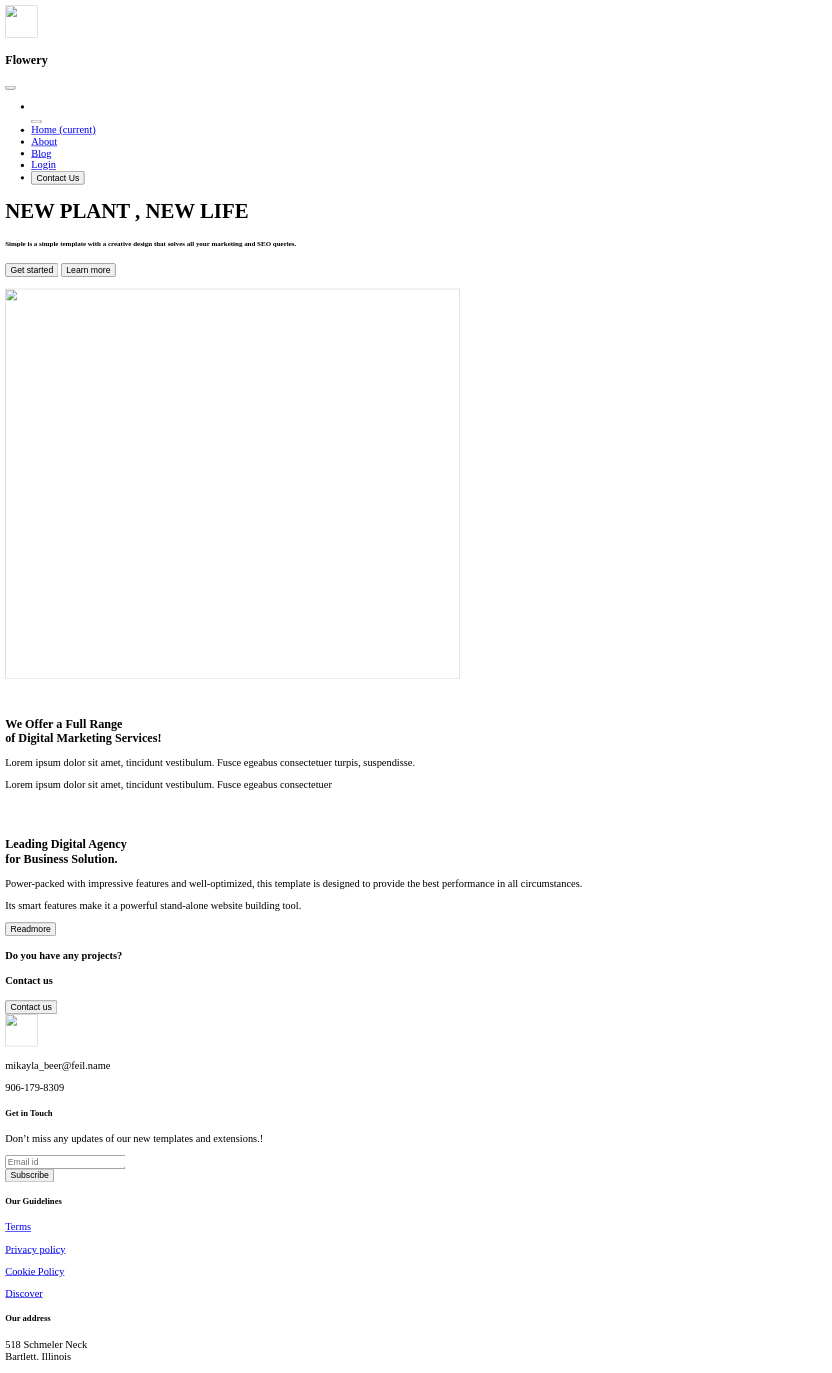
Repository: sara55m/Login
Page: http://localhost/welcome
The author's editor kept a copy of each file at every save. The page is drawn from the files as they stood at one save, then again after the next save.
The browser window is 1280 px wide. The pictures show the whole page, at 65% of full size.
The page is served by the project's Laravel application, run on PHP 8.4 with Laravel 10. Other server files are loaded and not shown.

Above is the page before, as saved 2024-03-03 23:37:46.

### routes/web.php
<?php

use Illuminate\Support\Facades\Route;
use App\Http\Controllers\RegisterController;
use App\Http\Controllers\LoginController;

/*
|--------------------------------------------------------------------------
| Web Routes
|--------------------------------------------------------------------------
|
| Here is where you can register web routes for your application. These
| routes are loaded by the RouteServiceProvider and all of them will
| be assigned to the "web" middleware group. Make something great!
|
*/

Route::get('/welcome', function () {
    return view('welcome');
});


Route::get('/register', [RegisterController::class,'create']);


Route::post('/register/store', [RegisterController::class,'store']);

Route::get('/login', [LoginController::class,'create']);

Route::post('/login/store', [LoginController::class,'store']);

### resources/views/welcome.blade.php
<!DOCTYPE html>
<html lang="en">
<head>
  <title>Simple landing page</title>
  <meta charset="UTF-8">
  <meta name="viewport" content="width=device-width, initial-scale=1.0">
  <meta http-equiv="X-UA-Compatible" content="ie=edge">
  {{-- <link rel="stylesheet" href="vendors/owl-carousel/css/owl.carousel.min.css">
  <link rel="stylesheet" href="vendors/owl-carousel/css/owl.theme.default.css">
  <link rel="stylesheet" href="vendors/mdi/css/materialdesignicons.min.css">
  <link rel="stylesheet" href="vendors/aos/css/aos.css"> --}}
  <link rel="stylesheet" href="css/style.min.css">
</head>
<body id="body" data-spy="scroll" data-target=".navbar" data-offset="100">
  <!---------------------------------------------------Header Section------------------------------------------------->
  <header id="header-section">
    <nav class="navbar navbar-expand-lg pl-3 pl-sm-0" id="navbar">
    <div class="container">
      <div class="navbar-brand-wrapper d-flex w-100">
        <img src="images/plant2.png" height="50" width="50"  alt="">
        <h3 class="nav-link">Flowery</h3>
        <button class="navbar-toggler ml-auto" type="button" data-toggle="collapse" data-target="#navbarSupportedContent" aria-controls="navbarSupportedContent" aria-expanded="false" aria-label="Toggle navigation">
          <span class="mdi mdi-menu navbar-toggler-icon"></span>
        </button>
      </div>
      <div class="collapse navbar-collapse navbar-menu-wrapper" id="navbarSupportedContent">
        <ul class="navbar-nav align-items-lg-center align-items-start ml-auto">
          <li class="d-flex align-items-center justify-content-between pl-4 pl-lg-0">
            <div class="navbar-collapse-logo">
              <img src="images/Group2.svg" alt="">
            </div>
            <button class="navbar-toggler close-button" type="button" data-toggle="collapse" data-target="#navbarSupportedContent" aria-controls="navbarSupportedContent" aria-expanded="false" aria-label="Toggle navigation">
              <span class="mdi mdi-close navbar-toggler-icon pl-5"></span>
            </button>
          </li>
          <li class="nav-item">
            <a class="nav-link" href="#header-section">Home <span class="sr-only">(current)</span></a>
          </li>
          <li class="nav-item">
            <a class="nav-link" href="#features-section">About</a>
          </li>
          <li class="nav-item">
            <a class="nav-link" href="#digital-marketing-section">Blog</a>
          </li>
          <li class="nav-item">
            <a class="nav-link" href="/login">Login</a>
          </li>
          <li class="nav-item btn-contact-us pl-4 pl-lg-0">
            <button class="btn btn-info" data-toggle="modal" data-target="#exampleModal">Contact Us</button>
          </li>
        </ul>
      </div>
    </div>
    </nav>
  </header>

  <!---------------------------------------------------End Of Header Section------------------------------------------------->

  <!---------------------------------------------------Content Section------------------------------------------------->

  <div class="banner" >
    <div class="container">
      <h1 class="font-weight-semibold">NEW PLANT , NEW LIFE</h1>
      <h6 class="font-weight-normal text-muted pb-3">Simple is a simple template with a creative design that solves all your marketing and SEO queries.</h6>
      <div>
        <button class="btn btn-opacity-light mr-1">Get started</button>
        <button class="btn btn-opacity-success ml-1">Learn more</button>
      </div>
      <br/>
      <div class="banner">
      <img src="images\photo_9_2024-03-03_23-14-07.jpg" alt="" height="600" width="700"  >
      </div>
    </div>
  </div>
  <br/>
  <br/>
  <div class="content-wrapper">
    <div class="container">
  <section class="digital-marketing-service" id="digital-marketing-section">
    <div class="row align-items-center">
      <div class="col-12 col-lg-7 grid-margin grid-margin-lg-0" data-aos="fade-right">
        <h3 class="m-0">We Offer a Full Range<br>of Digital Marketing Services!</h3>
        <div class="col-lg-7 col-xl-6 p-0">
          <p class="py-4 m-0 text-muted">Lorem ipsum dolor sit amet, tincidunt vestibulum. Fusce egeabus consectetuer turpis, suspendisse.</p>
          <p class="font-weight-medium text-muted">Lorem ipsum dolor sit amet, tincidunt vestibulum. Fusce egeabus consectetuer</p>
        </div>
      </div>
      <div class="col-12 col-lg-5 p-0 img-digital grid-margin grid-margin-lg-0" data-aos="fade-left">
        <img src="images\flowers.jpg" alt="" class="img-fluid">
      </div>
    </div>
    <div class="row align-items-center">
      <div class="col-12 col-lg-7 text-center flex-item grid-margin" data-aos="fade-right">
        <img src="images\pots.jpg" alt="" class="img-fluid">
      </div>
      <div class="col-12 col-lg-5 flex-item grid-margin" data-aos="fade-left">
        <h3 class="m-0">Leading Digital Agency<br>for  Business Solution.</h3>
        <div class="col-lg-9 col-xl-8 p-0">
          <p class="py-4 m-0 text-muted">Power-packed with impressive features and well-optimized, this template is designed to provide the best performance in all circumstances.</p>
          <p class="pb-2 font-weight-medium text-muted">Its smart features make it a powerful stand-alone website building tool.</p>
        </div>
        <button class="btn btn-info">Readmore</button>
      </div>
    </div>
  </section>
  <!---------------------------------------------------End Of Content Section------------------------------------------------->

  <!---------------------------------------------------Footer Section------------------------------------------------->
  <footer>

  <section class="contact-us" id="contact-section">
    <div class="contact-us-bgimage grid-margin" >
      <div class="pb-4">
        <h4 class="px-3 px-md-0 m-0" data-aos="fade-down">Do you have any projects?</h4>
        <h4 class="pt-1" data-aos="fade-down">Contact us</h4>
      </div>
      <div data-aos="fade-up">
        <button class="btn btn-rounded btn-outline-danger">Contact us</button>
      </div>
    </div>
  </section>

  <section class="contact-details" id="contact-details-section">
    <div class="row text-center text-md-left">
      <div class="col-12 col-md-6 col-lg-3 grid-margin ">
        <img src="images/plant2.png" height="50" width="50" alt="" class="pb-2">


        <div class="pt-2">

          <p class="text-muted m-0">mikayla_beer@feil.name</p>
          <p class="text-muted m-0">906-179-8309</p>
        </div>
      </div>
      <div class="col-12 col-md-6 col-lg-3 grid-margin">
        <h5 class="pb-2">Get in Touch</h5>
        <p class="text-muted">Don’t miss any updates of our new templates and extensions.!</p>
        <form>
          <input type="text" class="form-control" id="Email" placeholder="Email id">
        </form>
        <div class="pt-3">
          <button class="btn btn-dark">Subscribe</button>
        </div>
      </div>
      <div class="col-12 col-md-6 col-lg-3 grid-margin">
        <h5 class="pb-2">Our Guidelines</h5>
        <a href="#"><p class="m-0 pb-2">Terms</p></a>
        <a href="#" ><p class="m-0 pt-1 pb-2">Privacy policy</p></a>
        <a href="#"><p class="m-0 pt-1 pb-2">Cookie Policy</p></a>
        <a href="#"><p class="m-0 pt-1">Discover</p></a>
      </div>
      <div class="col-12 col-md-6 col-lg-3 grid-margin">
          <h5 class="pb-2">Our address</h5>
          <p class="text-muted">518 Schmeler Neck<br>Bartlett. Illinois</p>
          <div class="d-flex justify-content-center justify-content-md-start">
            <a href="#"><span class="mdi mdi-facebook"></span></a>
            <a href="#"><span class="mdi mdi-twitter"></span></a>
            <a href="#"><span class="mdi mdi-instagram"></span></a>
            <a href="#"><span class="mdi mdi-linkedin"></span></a>
          </div>
      </div>
    </div>
  </section>
    </div>
  </div>
  </footer>

  <!---------------------------------------------------End Of Footer Section------------------------------------------------->



  {{-- <script src="vendors/jquery/jquery.min.js"></script>
  <script src="vendors/bootstrap/bootstrap.min.js"></script>
  <script src="vendors/owl-carousel/js/owl.carousel.min.js"></script>
  <script src="vendors/aos/js/aos.js"></script> --}}
  <script src="js/landingpage.js"></script>
</body>
</html>

After the next save:
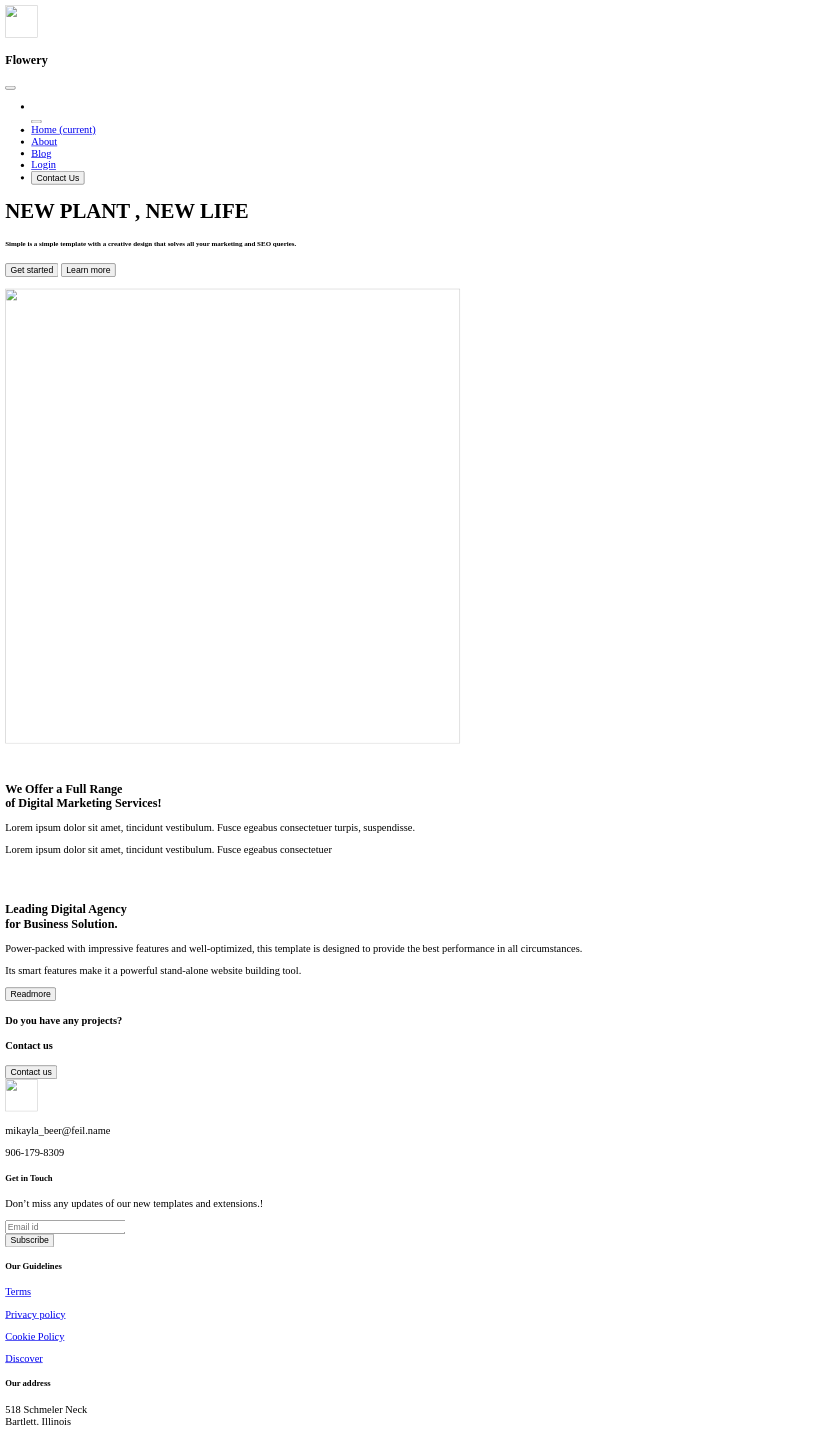
Saved 35 s later.
--- a/resources/views/welcome.blade.php
+++ b/resources/views/welcome.blade.php
@@ -68,7 +68,7 @@
       </div>
       <br/>
       <div class="banner">
-      <img src="images\photo_9_2024-03-03_23-14-07.jpg" alt="" height="600" width="700"  >
+      <img src="images\photo_9_2024-03-03_23-14-07.jpg" alt="" height="700" width="700"  >
       </div>
     </div>
   </div>
